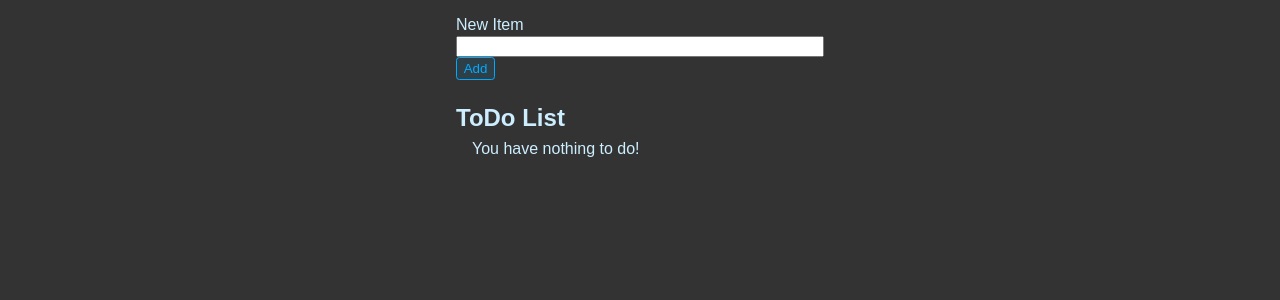
Repository: kemsig/CSFE24
Page: / (app in Week3- Todo/)
These files come from the project's save history. The page is drawn as it stood at one moment and after the next save; the edit follows.
The browser window is 1280 px wide. The pictures show the whole page.
The project was rebuilt for these pictures with package versions that can differ from the ones it lists, and the page was loaded fresh each time. Also part of the build but not shown: Week3- Todo/vite.config.js.

Above is the page before, as saved 2024-03-07 23:02:51.

### Week3- Todo/src/App.jsx
import { useEffect, useState } from "react"
import "./styles.css"

export default function App(){
  const priority = ["CRITICAL", "Standard", "Flexible"]
  const [newItem, setNewItem] =  useState("")
  const [todos, setTodos] = useState(() => {
    const localValue = localStorage.getItem("ITEMS")
    if (localValue === null) return []
    return JSON.parse(localValue)
  })

  useEffect(() => {
    localStorage.setItem("ITEMS", JSON.stringify(todos))
  }, [todos])

  function handleSubmit(e){
    e.preventDefault()

    setTodos((currentTodos) => {
      return[
        ...currentTodos,
        {id: crypto.randomUUID(), title: newItem, completed: false},
      ]

    })
  }

  function toggleTodo(id, completed){
    setTodos(currentTodos => {
      return currentTodos.map(todo =>{
        if (todo.id === id){
          return { ...todo, completed}
        }
        return todo
      })
    })
  }

  function deleteTodo(id){
    setTodos(currentTodos =>{
      return currentTodos.filter(todo => todo.id !== id)
    })
  }

  return (
  <>
  <form
    onSubmit={handleSubmit}
    className="item-form"
  >
    <div className="form-row">
      <label htmlFor="item">New Item</label>
      <input
        value={newItem}
        onChange={e => setNewItem(e.target.value)}
        type="text"
        id="item"
      />
    </div>
    <button className="btn">Add</button>
  </form>

  <h1 className="header">ToDo List</h1>
  <u1 className="list">
    {todos.length === 0 && "You have nothing to do!"}
    {todos.map(todo => {
      return (
        <li key={todo.id}>
          <d1>{priority[0]}</d1>
          <label>
            <input type="checkbox" checked={todo.completed}
              onChange={e => toggleTodo(todo.id, e.target.checked)}/>
            {todo.title}
          </label>

          <button onClick={() => deleteTodo(todo.id)} className="btn btn-danger">Delete</button>
        </li>

      )
    })}

  </u1>
  </>
)
}

Loaded but not shown: Week3- Todo/index.html (common file); Week3- Todo/src/main.jsx (common file); Week3- Todo/src/styles.css (common file)

After the next save:
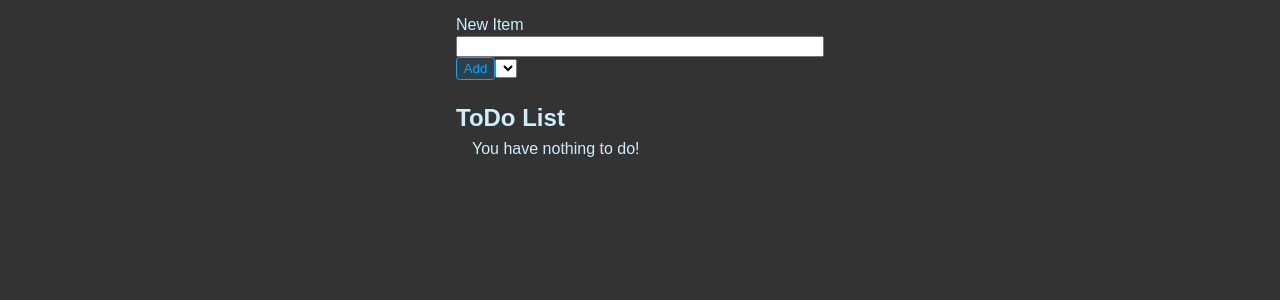
Saved 118 s later.
--- a/Week3- Todo/src/App.jsx
+++ b/Week3- Todo/src/App.jsx
@@ -59,6 +59,7 @@ export default function App(){
       />
     </div>
     <button className="btn">Add</button>
+    <select className="prioSel"></select>
   </form>
 
   <h1 className="header">ToDo List</h1>
